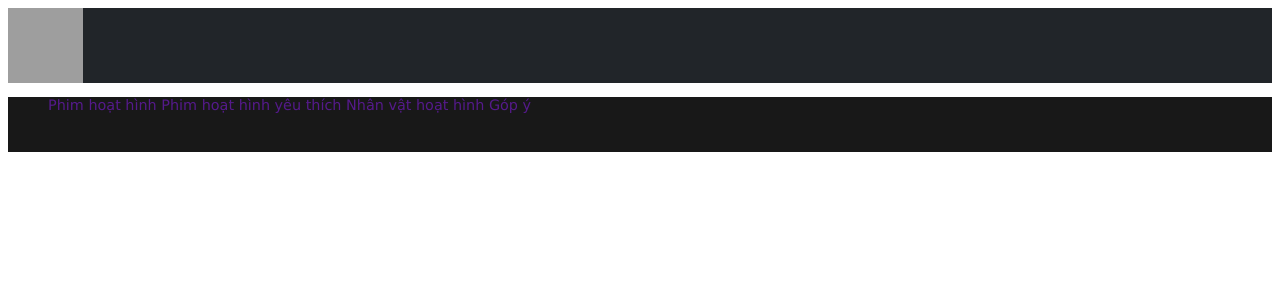
Repository: congle98/CSS_WebXemPhimYoutube
Page: index.html
The author's editor kept a copy of each file at every save. The page is drawn from the files as they stood at one save, then again after a run of saves.
The browser window is 1280 px wide. The pictures show the whole page.
Pictures or frames that could not be fetched are drawn as grey boxes.

Above is the page before, as saved 2021-05-26 17:07:10.

After the next 8 saves:
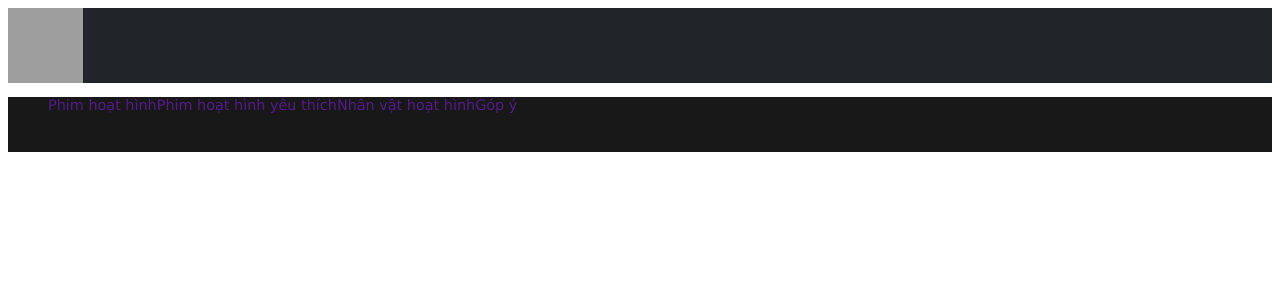
The 8 saves are shown as one change because they came seconds apart.
The last was saved 2 min 1 s later.
--- a/index.html
+++ b/index.html
@@ -41,6 +41,10 @@
         .header-link-item{
             display: inline-block;
         }
+        .header-link-list{
+            display: flex;
+            justify-content:
+        }
         .header-link-item a{
             text-decoration: none;
         }
